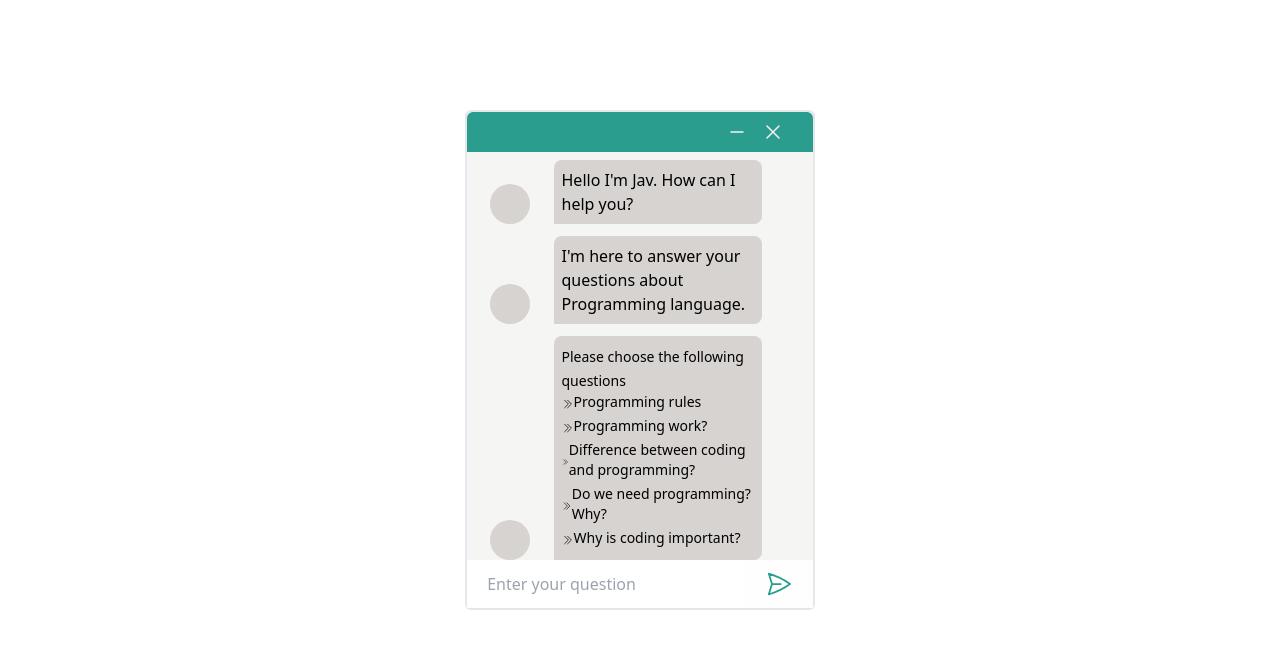
Repository: hsumyatm7308/Chatbot
Page: index.html
The author's editor kept a copy of each file at every save. The page is drawn from the files as they stood at one save, then again after the next save.
The browser window is 1280 px wide. The pictures show the whole page.
Some web libraries are served in a nearby version.

Above is the page before, as saved 2023-07-09 12:46:57.

### index.html
<!DOCTYPE html>
<html>

<head>
    <title>Chat Bot</title>
    <script src="https://cdn.tailwindcss.com"></script>
</head>

<body class="bg-[#fffff]">

    <div class="w-screen h-screen flex justify-center items-center   container">
        <div class="w-[350px] h-[500px] bg-[#f4f4f4] border-2 border-b-stone-200 rounded-md relative chatbot-container">
            <div
                class="w-full h-10 text-[#f4f4f4] bg-[#2a9d8f] rounded-tl-md rounded-tr-md flex justify-end items-center">
                <svg xmlns="http://www.w3.org/2000/svg" fill="none" viewBox="0 0 24 24" stroke-width="1.5"
                    stroke="currentColor" class="w-6 h-6 mr-3">
                    <path stroke-linecap="round" stroke-linejoin="round" d="M18 12H6" />
                </svg>

                <svg xmlns="http://www.w3.org/2000/svg" fill="none" viewBox="0 0 24 24" stroke-width="1.5"
                    stroke="currentColor" class="w-6 h-6 mr-7">
                    <path stroke-linecap="round" stroke-linejoin="round" d="M6 18L18 6M6 6l12 12" />
                </svg>

            </div>

            <div class="w-full h-[410px] bg-stone-100 overflow-y-scroll">
                <div class="w-full grid grid-cols-4 flex profile-side mt-2 mb-3">
                    <div class="w-full h-auto flex justify-center items-end">
                        <div class="w-10 h-10 rounded-full bg-stone-300">

                        </div>
                    </div>
                    <div class=" col-span-3">
                        <div class="w-full h-auto ">
                            <div class="w-52 h-full bg-stone-300 rounded-lg rounded-bl-none p-2">
                                <span>Hello I'm Jav. How can I help you?</span>
                            </div>
                        </div>
                    </div>
                </div>


                <div class="w-full grid grid-cols-4 flex profile-side mt-2 mb-3">
                    <div class="w-full h-auto flex justify-center items-end">
                        <div class="w-10 h-10 rounded-full bg-stone-300">

                        </div>
                    </div>
                    <div class=" col-span-3">
                        <div class="w-full h-auto ">
                            <div class="w-52 h-full bg-stone-300 rounded-lg rounded-bl-none p-2">
                                <span class="">I'm here to answer your questions about Programming language.</span>
                            </div>
                        </div>
                    </div>
                </div>



                <div class="w-full grid grid-cols-4 flex profile-side mt-2 mb-3">
                    <div class="w-full h-auto flex justify-center items-end">
                        <div class="w-10 h-10 rounded-full bg-stone-300">

                        </div>
                    </div>
                    <div class=" col-span-3">
                        <div class="w-full h-auto ">
                            <div class="w-52 h-full bg-stone-300 rounded-lg rounded-bl-none p-2">
                                <span>
                                    <span class="text-sm">Please choose the following questions</span>
                                    <ul class="">
                                        <li class="text-md flex"><a href=""
                                                class="text-sm flex justify-center items-center"><svg
                                                    xmlns="http://www.w3.org/2000/svg" fill="none" viewBox="0 0 24 24"
                                                    stroke-width="1.5" stroke="currentColor" class="w-3 h-3">
                                                    <path stroke-linecap="round" stroke-linejoin="round"
                                                        d="M11.25 4.5l7.5 7.5-7.5 7.5m-6-15l7.5 7.5-7.5 7.5" />
                                                </svg>
                                                <span class="mb-1">Programming rules</span></a></li>
                                        <li class="text-md flex"><a href=""
                                                class="text-sm flex justify-center items-center"><svg
                                                    xmlns="http://www.w3.org/2000/svg" fill="none" viewBox="0 0 24 24"
                                                    stroke-width="1.5" stroke="currentColor" class="w-3 h-3">
                                                    <path stroke-linecap="round" stroke-linejoin="round"
                                                        d="M11.25 4.5l7.5 7.5-7.5 7.5m-6-15l7.5 7.5-7.5 7.5" />
                                                </svg>
                                                <span class="mb-1">Programming work?</span></a></li>

                                        <li class="text-md flex"><a href=""
                                                class="text-sm flex justify-center items-center"><svg
                                                    xmlns="http://www.w3.org/2000/svg" fill="none" viewBox="0 0 24 24"
                                                    stroke-width="1.5" stroke="currentColor" class="w-3 h-3">
                                                    <path stroke-linecap="round" stroke-linejoin="round"
                                                        d="M11.25 4.5l7.5 7.5-7.5 7.5m-6-15l7.5 7.5-7.5 7.5" />
                                                </svg>
                                                <span class="mb-1"> Difference between coding and
                                                    programming?</span></a></li>

                                        <li class="text-md flex"><a href=""
                                                class="text-sm flex justify-center items-center"><svg
                                                    xmlns="http://www.w3.org/2000/svg" fill="none" viewBox="0 0 24 24"
                                                    stroke-width="1.5" stroke="currentColor" class="w-3 h-3">
                                                    <path stroke-linecap="round" stroke-linejoin="round"
                                                        d="M11.25 4.5l7.5 7.5-7.5 7.5m-6-15l7.5 7.5-7.5 7.5" />
                                                </svg>
                                                <span class="mb-1"> Do we need programming?Why?</span></a></li>


                                        <li class="text-md flex"><a href=""
                                                class="text-sm flex justify-center items-center"><svg
                                                    xmlns="http://www.w3.org/2000/svg" fill="none" viewBox="0 0 24 24"
                                                    stroke-width="1.5" stroke="currentColor" class="w-3 h-3">
                                                    <path stroke-linecap="round" stroke-linejoin="round"
                                                        d="M11.25 4.5l7.5 7.5-7.5 7.5m-6-15l7.5 7.5-7.5 7.5" />
                                                </svg>
                                                <span class="mb-1"> Why is coding important?</span></a></li>


                                    </ul>
                                </span>
                            </div>
                        </div>
                    </div>
                </div>


                <!-- from cus -->
                <div class="w-full  flex justify-end  profile-side mt-2 mb-3">
                    <div>
                        <div class="w-full h-auto  flex justify-end">
                            <div class="w-52 h-full bg-stone-300 rounded-lg rounded-br-none  p-2">
                                <span>I'm here to answer your questions about Programming language.</span>
                            </div>
                        </div>
                    </div>



                </div>

            </div>




            <div class="w-full h-12 bg-red-100 absolute bottom-0 z-10">
                <form action="" class="w-full h-12 bg-[#fefefe] flex justify-between items-center">
                    <input type="text" class="w-[80%] h-full  rounded-bl-md p-4" placeholder=" Enter your question">

                    <button type="submit" class="mr-5">
                        <svg xmlns="http://www.w3.org/2000/svg" fill="none" viewBox="0 0 24 24" stroke-width="1.5"
                            stroke="currentColor" class="w-7 h-7 text-[#2a9d8f]">
                            <path stroke-linecap="round" stroke-linejoin="round"
                                d="M6 12L3.269 3.126A59.768 59.768 0 0121.485 12 59.77 59.77 0 013.27 20.876L5.999 12zm0 0h7.5" />
                        </svg>

                    </button>
                </form>
            </div>


        </div>


    </div>


</body>

</html>

After the next save:
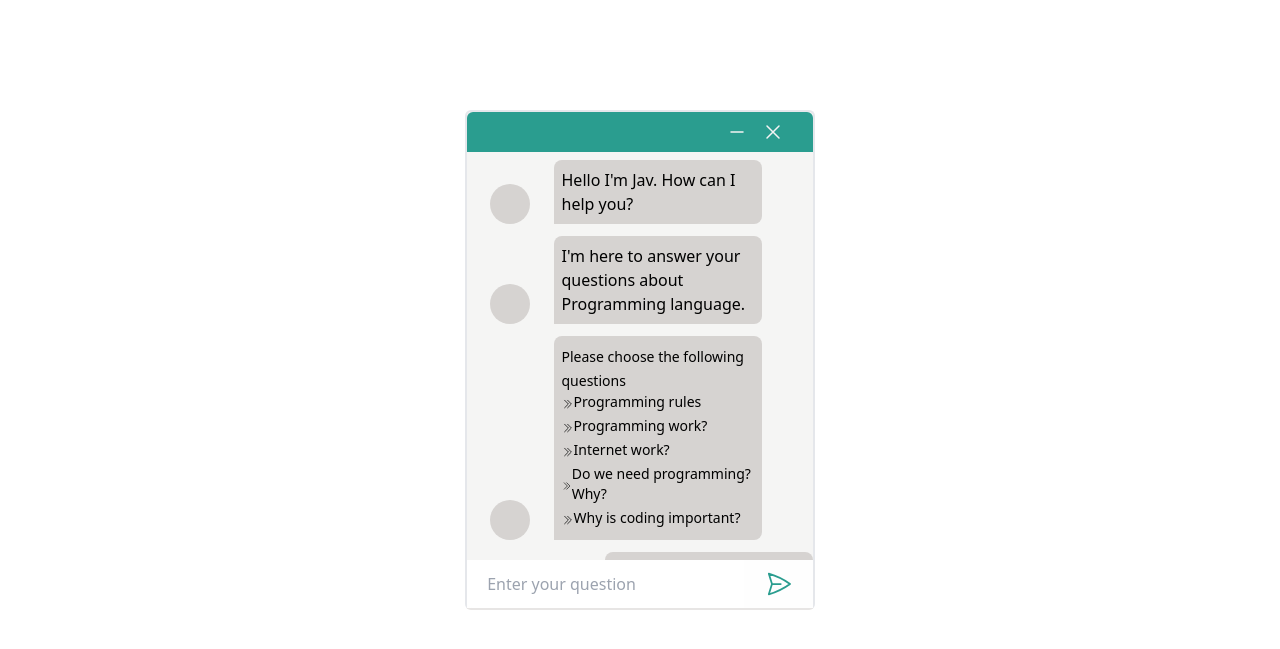
Saved 47 s later.
--- a/index.html
+++ b/index.html
@@ -94,8 +94,7 @@
                                                     <path stroke-linecap="round" stroke-linejoin="round"
                                                         d="M11.25 4.5l7.5 7.5-7.5 7.5m-6-15l7.5 7.5-7.5 7.5" />
                                                 </svg>
-                                                <span class="mb-1"> Difference between coding and
-                                                    programming?</span></a></li>
+                                                <span class="mb-1"> Internet work?</span></a></li>
 
                                         <li class="text-md flex"><a href=""
                                                 class="text-sm flex justify-center items-center"><svg
